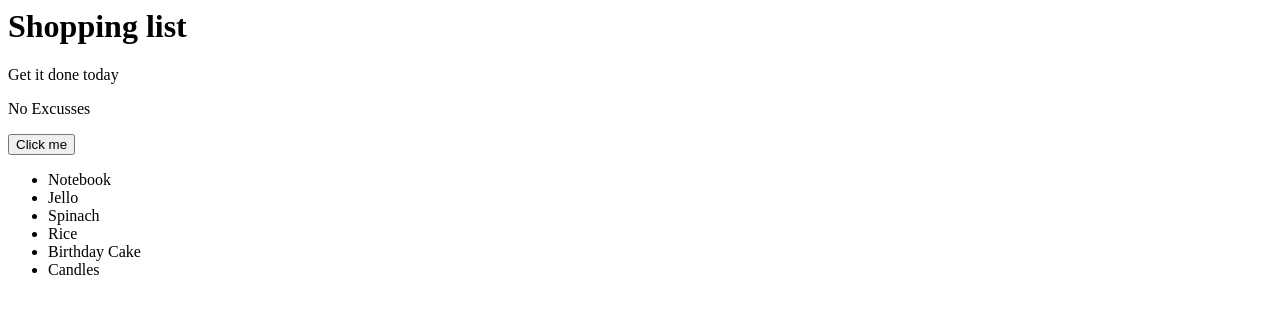
Repository: michalJanaGitHub/michalJanaGitHub.github.io
Page: projects in progress/DOM Events/index.html
An editor plug-in stored every save of this project. The page is shown before and after the next save, followed by the edit.
The browser window is 1280 px wide. The pictures show the whole page.

Above is the page before, as saved 2018-09-07 19:25:50.

After the next save:
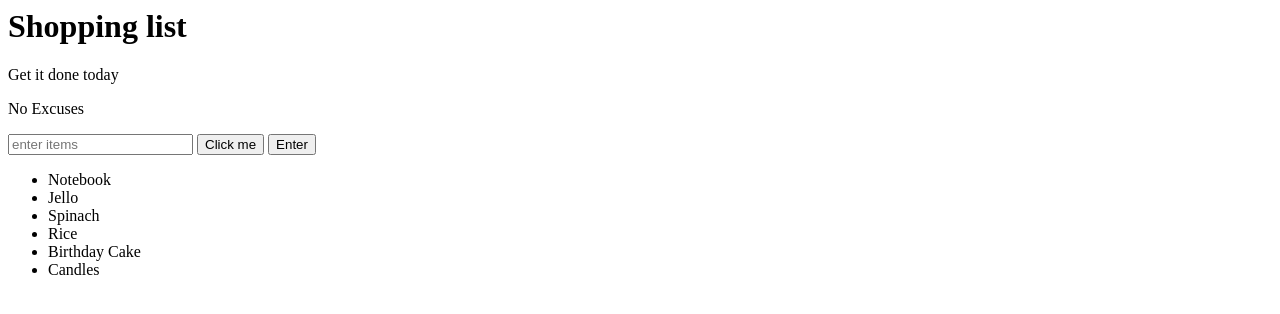
Saved 2 min 39 s later.
--- a/projects in progress/DOM Events/index.html
+++ b/projects in progress/DOM Events/index.html
@@ -11,8 +11,12 @@
 <body>
     <h1>Shopping list</h1>
     <p id="first">Get it done today</p>
-    <p class="second">No Excusses</p>
+    <p class="second">No Excuses</p>
+    <input type="text" placeholder="enter items">
+
     <button id="but1">Click me
+    </button>
+    <button id="but2">Enter
     </button>
     <ul>
         <li random="23">Notebook</li>
